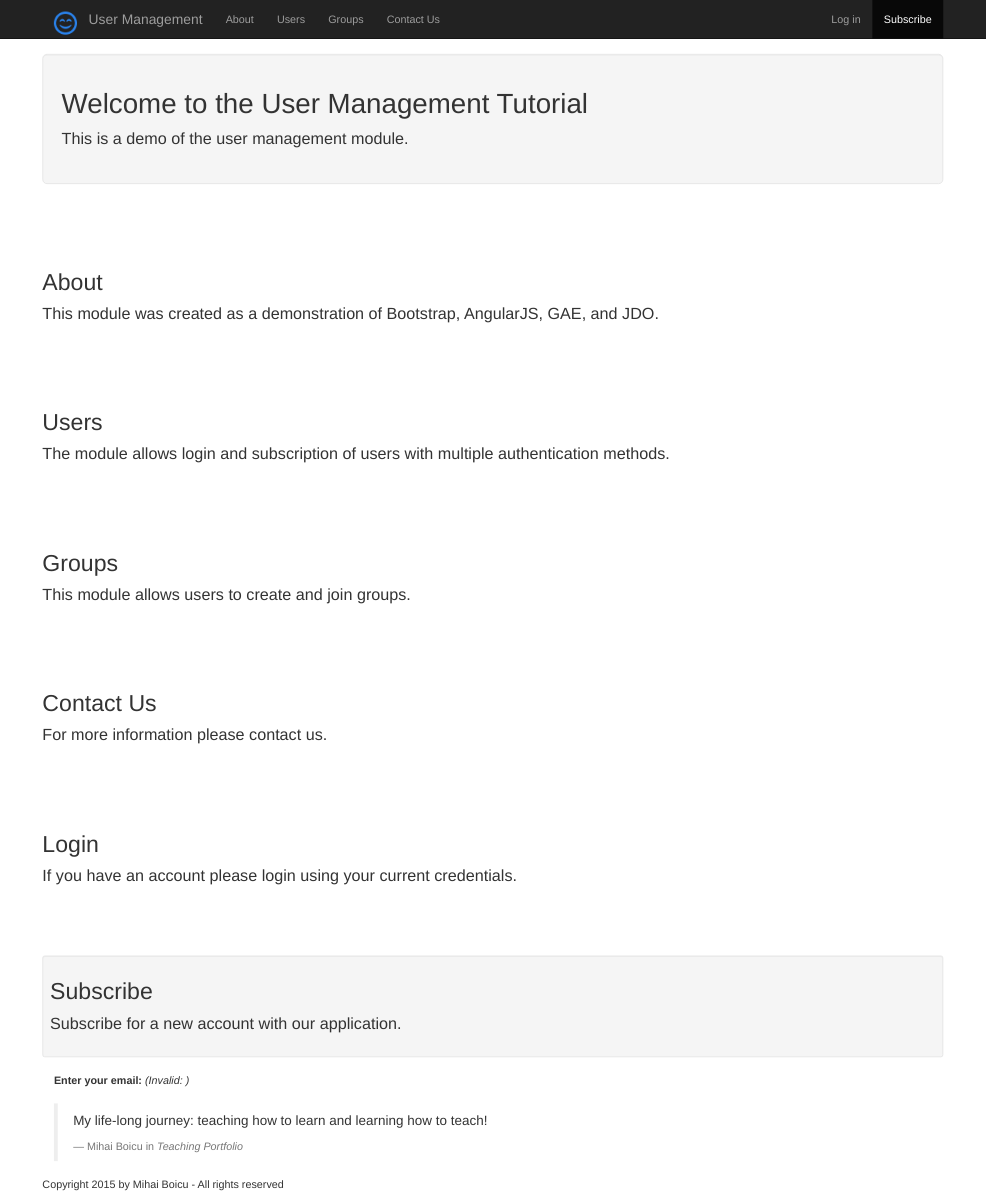
Repository: screenhunter/UMT
Page: UserManagement/war/guest/guest.html
The author's editor kept a copy of each file at every save. The page is drawn from the files as they stood at one save, then again after a run of saves.
The browser window is 1280 px wide. The pictures show the whole page, at 77% of full size.

Above is the page before, as saved 2015-08-11 16:35:51.
Console error (its wording comes from the project's code and is left out).

After the next 2 saves:
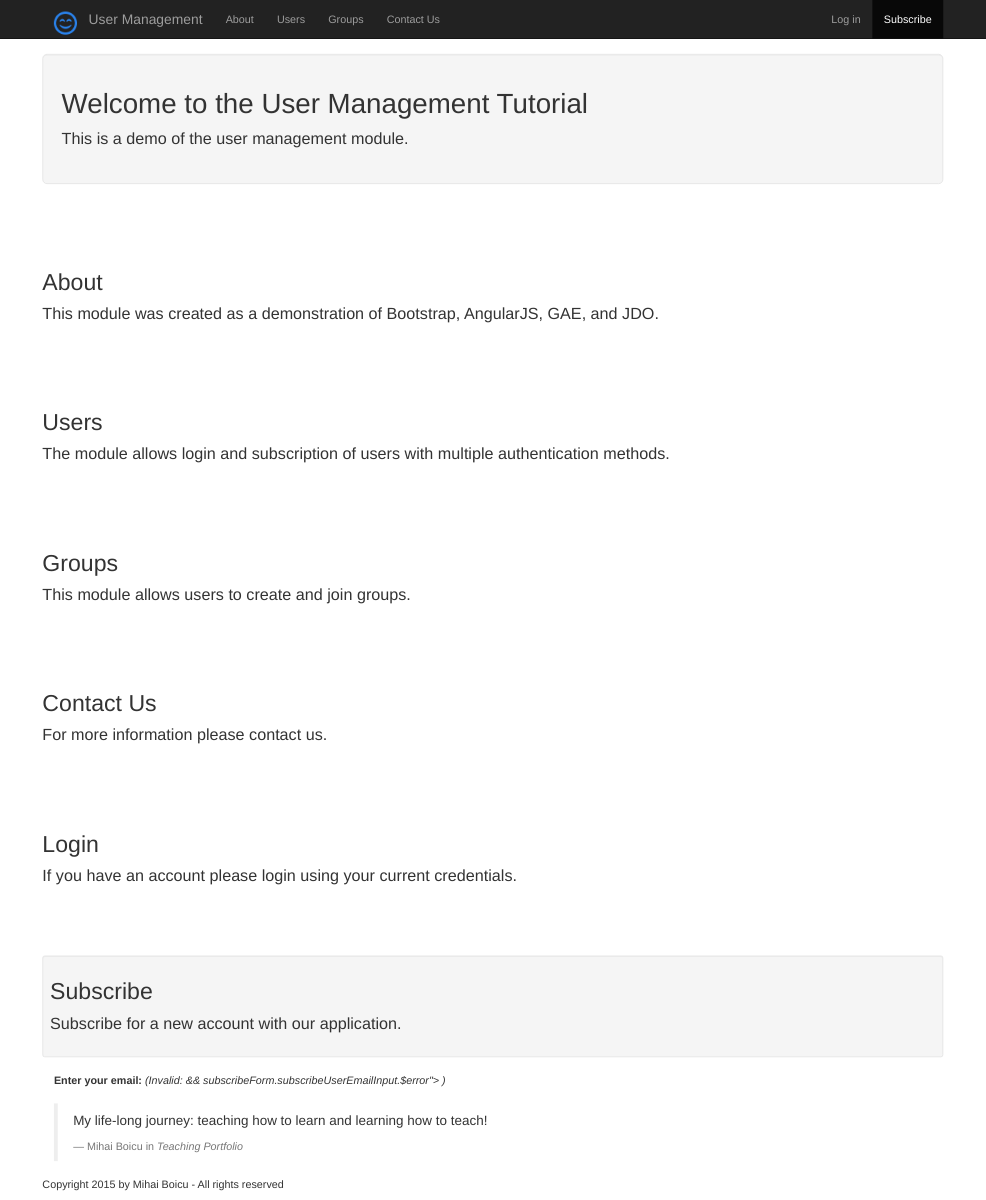
The 2 saves are shown as one change because they came seconds apart.
The last was saved 9 s later.
--- a/UserManagement/war/guest/guest.html
+++ b/UserManagement/war/guest/guest.html
@@ -125,7 +125,7 @@
 						data-ng-show="!subscribeForm.subscribeUserEmailInput.$dirty
 						&& subscribeForm.subscribeUserEmailInput.$invalid">
 						<i>(Invalid:
-							<span data-ng-show="!subscribeForm.subscribeUserEmailInput.$error.required
+							<span data-ng-show="!subscribeForm.subscribeUserEmailInput.$error.required">
 							</span>
 								&& subscribeForm.subscribeUserEmailInput.$error">
 						)</i>
